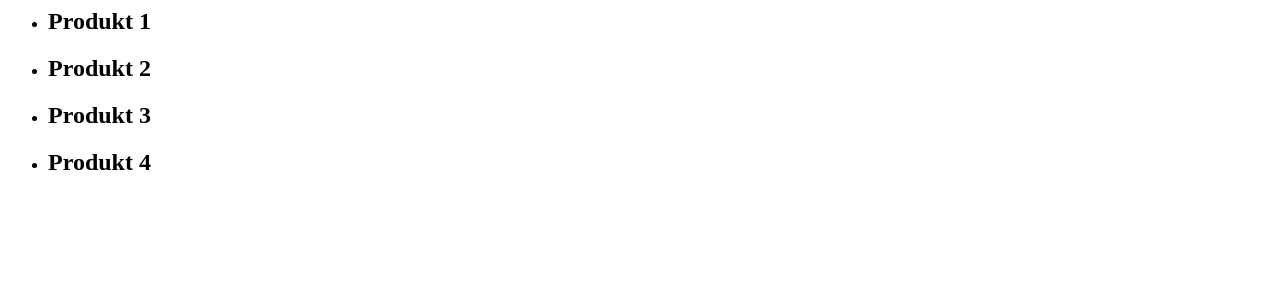
Repository: JuliaSivartsson/1dv403-jsigc09-laborationer
Page: TEST1/index.html
The author's editor kept a record of every edit. The page is drawn from the files as they stood at one moment, then again after the next edit.
The browser window is 1280 px wide. The pictures show the whole page.

Above is the page before.

After the next edit:
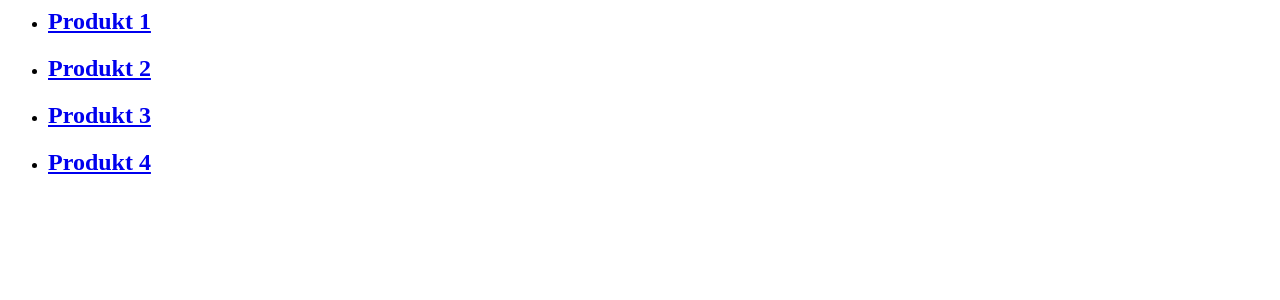
The edit:
--- a/TEST1/js/myscript.js
+++ b/TEST1/js/myscript.js
@@ -16,6 +16,8 @@
 
        var a = document.createElement("a");
        a.setAttribute("href", "#");
+       a.innerHTML = h2.innerHTML;
+       h2.innerHTML = "";
        h2.appendChild(a);
 
         a.addEventListener("click", function(){
